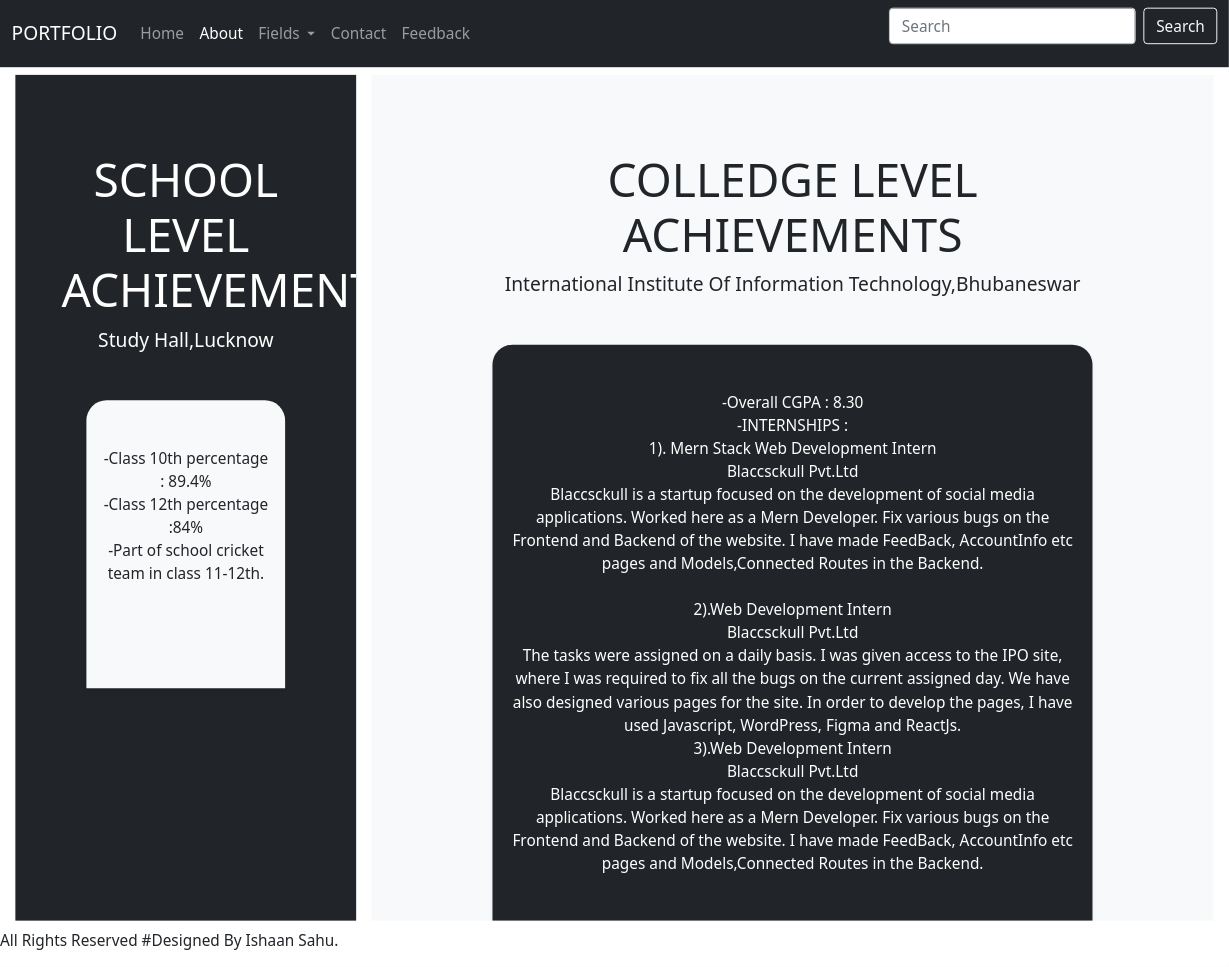
Repository: ishaan51551/Ishaan-s-Portfolio-
Page: about.html
These files come from the project's save history. The page is drawn as it stood at one moment and after a run of saves; the edit follows.
The browser window is 1280 px wide. The pictures show the whole page, at 96% of full size.

Above is the page before, as saved 2023-09-13 16:13:03.

### about.html
</body>

</html>

<!doctype html>
<html lang="en">

<head>
  <!-- Required meta tags -->
  <meta charset="utf-8">
  <meta name="viewport" content="width=device-width, initial-scale=1">

  <!-- Bootstrap CSS -->
  <link href="https://cdn.jsdelivr.net/npm/bootstrap@5.1.1/dist/css/bootstrap.min.css" rel="stylesheet"
    integrity="sha384-F3w7mX95PdgyTmZZMECAngseQB83DfGTowi0iMjiWaeVhAn4FJkqJByhZMI3AhiU" crossorigin="anonymous">

  <title>Ishaan Sahu Portfolio</title>
</head>

<body>


  <!-- NAVBAR -->
  <nav class="navbar navbar-expand-lg navbar-dark bg-dark">
    <div class="container-fluid">
      <a class="navbar-brand" href="#">PORTFOLIO </a>
      <button class="navbar-toggler" type="button" data-bs-toggle="collapse" data-bs-target="#navbarSupportedContent"
        aria-controls="navbarSupportedContent" aria-expanded="false" aria-label="Toggle navigation">
        <span class="navbar-toggler-icon"></span>
      </button>
      <div class="collapse navbar-collapse" id="navbarSupportedContent">
        <ul class="navbar-nav me-auto mb-2 mb-lg-0">
          <li class="nav-item">
            <a class="nav-link " aria-current="page" href="index.html">Home</a>
          </li>
          <li class="nav-item">
            <a class="nav-link active" href="/about.html">About</a>
          </li>
          <li class="nav-item dropdown">
            <a class="nav-link dropdown-toggle" href="#" id="navbarDropdown" role="button" data-bs-toggle="dropdown"
              aria-expanded="false">
              Fields
            </a>
            <ul class="dropdown-menu" aria-labelledby="navbarDropdown">
              <li><a class="dropdown-item" href="programming.html">Programming</a></li>
              <li><a class="dropdown-item" href="webdev.html">Web Devlopment</a></li>
              <li>
                <hr class="dropdown-divider">
              </li>
              <li><a class="dropdown-item" href="extracurricular.html">Extra Curricular</a></li>
            </ul>
          </li>
          <li class="nav-item">
            <a class="nav-link " aria-current="page" href="contact.html">Contact</a>
          </li>

          <li class="nav-item">
            <a class="nav-link" href="feedback.html">Feedback</a>

          </li>

        </ul>
        <form class="d-flex">
          <input class="form-control me-2" type="search" placeholder="Search" aria-label="Search">
          <button class="btn btn-outline-light" type="submit">Search</button>

        </form>
      </div>
    </div>
  </nav>

  <!-- Optional JavaScript; choose one of the two! -->

  <!-- Option 1: Bootstrap Bundle with Popper -->
  <script src="https://cdn.jsdelivr.net/npm/bootstrap@5.1.1/dist/js/bootstrap.bundle.min.js"
    integrity="sha384-/bQdsTh/da6pkI1MST/rWKFNjaCP5gBSY4sEBT38Q/9RBh9AH40zEOg7Hlq2THRZ"
    crossorigin="anonymous"></script>



  <!-- boxes -->
  <div class="d-md-flex flex-md-equal w-100my-md-3 ps-md-3 my-2 justify-content-center align item center">
    <div class="bg-dark me-md-3 pt-3 px-3 pt-md-5 px-md-5 text-center text-white overflow-hidden">
      <div class="my-3 py-3 ">
        <h2 class="display-5">SCHOOL LEVEL ACHIEVEMENTS</h2>
        <p class="lead">Study Hall,Lucknow</p>
      </div>
      <div class="bg-light shadow-sm mx-auto" style="width: 80%; height: 300px; border-radius: 21px 21px 0 0;">
        <p class="dance text-dark overfow-hidden text-center px-3 py-5">-Class 10th percentage : 89.4%</br>
          -Class 12th percentage :84%</br>
          -Part of school cricket team in class 11-12th.<br>
        </p>

      </div>
    </div>
    <div class="bg-light me-md-3 pt-3 px-3 pt-md-5 px-md-5 text-center overflow-hidden">
      <div class="my-3 p-3">
        <h2 class="display-5">COLLEDGE LEVEL ACHIEVEMENTS</h2>
        <p class="lead">International Institute Of Information Technology,Bhubaneswar</p>
      </div>
      <div class="bg-dark shadow-sm mx-auto" style="width: 80%; height: 600px; border-radius: 21px 21px 0 0;">
        <p class="swing text-white text-center px-3 py-5">
          -Overall CGPA : 8.30</br>
          -INTERNSHIPS :</br>
          1). Mern Stack Web Development Intern<br>
          Blaccsckull Pvt.Ltd<br>
          Blaccsckull is a startup focused on the development of social media applications. Worked here as a Mern
          Developer.
          Fix various bugs on the Frontend and Backend of the website.
          I have made FeedBack, AccountInfo etc pages and Models,Connected Routes in the Backend.
          <br>
          <br>
          2).Web Development Intern<br>
          Blaccsckull Pvt.Ltd<br>
          The tasks were assigned on a daily basis.
          I was given access to the IPO site, where I was required to fix all the bugs on the current assigned day. We
          have also designed various pages for the site.
          In order to develop the pages, I have used Javascript, WordPress, Figma and ReactJs.
          <br>
          3).Web Development Intern<br>
          Blaccsckull Pvt.Ltd<br>
          Blaccsckull is a startup focused on the development of social media applications. Worked here as a Mern
          Developer.
          Fix various bugs on the Frontend and Backend of the website.
          I have made FeedBack, AccountInfo etc pages and Models,Connected Routes in the Backend.
        </p>
      </div>
    </div>
  </div>

  <!-- FOOTER  -->
  <footer class="blog-footer">
    <p>All Rights Reserved #Designed By Ishaan Sahu.</p>
    <p>

    </p>
  </footer>
</body>

</html>

After the next 2 saves:
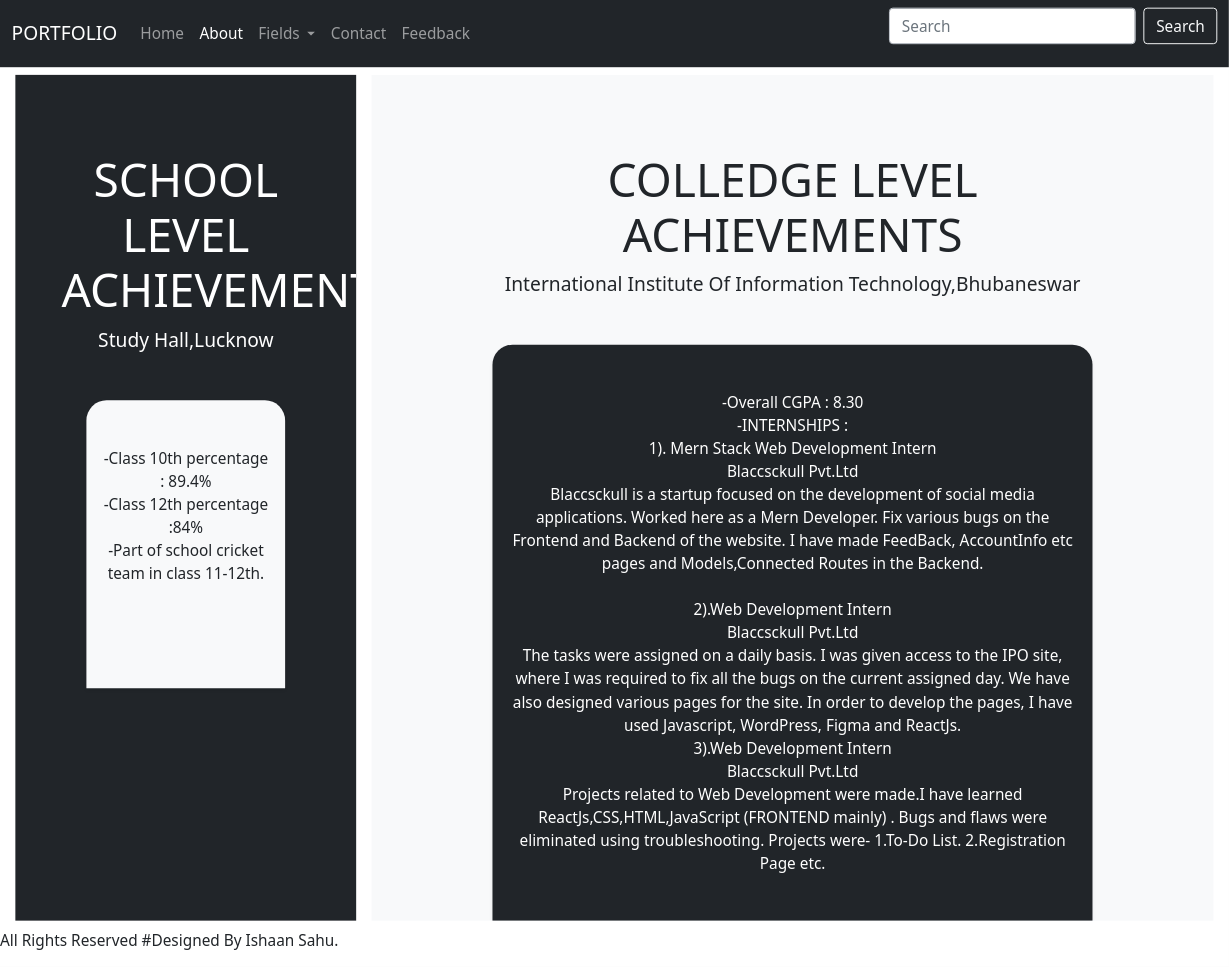
The 2 saves are shown as one change because they came seconds apart.
The last was saved 14 s later.
--- a/about.html
+++ b/about.html
@@ -119,10 +119,11 @@
           <br>
           3).Web Development Intern<br>
           Blaccsckull Pvt.Ltd<br>
-          Blaccsckull is a startup focused on the development of social media applications. Worked here as a Mern
-          Developer.
-          Fix various bugs on the Frontend and Backend of the website.
-          I have made FeedBack, AccountInfo etc pages and Models,Connected Routes in the Backend.
+          Projects related to Web Development were made.I have learned ReactJs,CSS,HTML,JavaScript (FRONTEND mainly) .
+          Bugs and flaws were eliminated using troubleshooting.
+          Projects were-
+          1.To-Do List.
+          2.Registration Page etc.
         </p>
       </div>
     </div>
